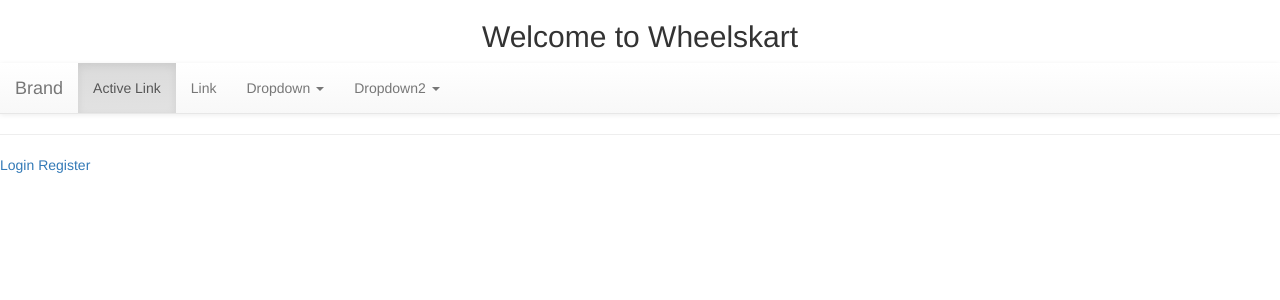
Repository: mrahulbisht/Wheelskart-Project
Page: http://localhost/WheelskartFrontEnd/Home.jsp
These files come from the project's save history. The page is drawn as it stood at one moment and after the next save; the edit follows.
The browser window is 1280 px wide. The pictures show the whole page.
Some web libraries are served in a nearby version. The page is served by Tomcat 9. Other server files are loaded and not shown.

Above is the page before, as saved 2017-04-22 07:05:48.

### project/WheelskartFrontEnd/src/main/webapp/Home.jsp
<%@ page language="java" contentType="text/html; charset=ISO-8859-1"
    pageEncoding="ISO-8859-1"%>
<!DOCTYPE html PUBLIC "-//W3C//DTD HTML 4.01 Transitional//EN" "http://www.w3.org/TR/html4/loose.dtd">

<html>
<%@ taglib prefix="c" uri="http://java.sun.com/jsp/jstl/core"%>
 <%@ page isELIgnored="false" %>
<head>
<meta http-equiv="Content-Type" content="text/html; charset=ISO-8859-1">
<title>Insert title here</title>
</head>
<body>

<center>
		<h2>Welcome to Wheelskart</h2>
</center>


<%@include file="WEB-INF/views/CommonHeader.jsp" %>

	<hr color="blue">


	<a href="LoginPage"> Login</a>

	<a href="RegistrationPage"> Register</a>
	<br>
	<c:if test="${isUserClickedLogin=='true'}">

		<jsp:include page="WEB-INF/views/Login.jsp"></jsp:include>

	</c:if>


	<c:if test="${isUserClickedRegister=='true' }">
		<jsp:include page="WEB-INF/views/Registration.jsp"></jsp:include>
	</c:if>
</body>
</html>

### project/WheelskartFrontEnd/src/main/webapp/WEB-INF/views/CommonHeader.jsp
<%@ page language="java" contentType="text/html; charset=ISO-8859-1"
    pageEncoding="ISO-8859-1"%>
<!DOCTYPE html PUBLIC "-//W3C//DTD HTML 4.01 Transitional//EN" "http://www.w3.org/TR/html4/loose.dtd">
<html>
<head>
<meta http-equiv="Content-Type" content="text/html; charset=ISO-8859-1">
<title>Insert title here</title>
<link rel="stylesheet" href="https://maxcdn.bootstrapcdn.com/bootstrap/3.3.7/css/bootstrap.min.css" integrity="sha384-BVYiiSIFeK1dGmJRAkycuHAHRg32OmUcww7on3RYdg4Va+PmSTsz/K68vbdEjh4u" crossorigin="anonymous">
  <meta name="viewport" content="width=device-width, initial-scale=1">
<!-- Optional theme -->
<link rel="stylesheet" href="https://maxcdn.bootstrapcdn.com/bootstrap/3.3.7/css/bootstrap-theme.min.css" integrity="sha384-rHyoN1iRsVXV4nD0JutlnGaslCJuC7uwjduW9SVrLvRYooPp2bWYgmgJQIXwl/Sp" crossorigin="anonymous">
<link href="//maxcdn.bootstrapcdn.com/font-awesome/4.2.0/css/font-awesome.min.css" rel="stylesheet">
 <link href='http://fonts.googleapis.com/css?family=Open+Sans' rel='stylesheet'  type='text/css'>
<style>

.dropdown-menu > li.kopie > a {
    padding-left:5px;
}

.dropdown-submenu {
    position:relative;
}
.dropdown-submenu>.dropdown-menu {
   top:0;left:100%;
   margin-top:-6px;margin-left:-1px;
   -webkit-border-radius:0 6px 6px 6px;-moz-border-radius:0 6px 6px 6px;border-radius:0 6px 6px 6px;
 }

.dropdown-submenu > a:after {
  border-color: transparent transparent transparent #333;
  border-style: solid;
  border-width: 5px 0 5px 5px;
  content: " ";
  display: block;
  float: right;
  height: 0;
  margin-right: -10px;
  margin-top: 5px;
  width: 0;
}

.dropdown-submenu:hover>a:after {
    border-left-color:#555;
 }

.dropdown-menu > li > a:hover, .dropdown-menu > .active > a:hover {
  text-decoration: underline;
}

@media (max-width: 767px) {
  .navbar-nav  {
     display: inline;
  }
  .navbar-default .navbar-brand {
    display: inline;
  }
  .navbar-default .navbar-toggle .icon-bar {
    background-color: #fff;
  }
  .navbar-default .navbar-nav .dropdown-menu > li > a {
    color: red;
    background-color: #ccc;
    border-radius: 4px;
    margin-top: 2px;
  }
   .navbar-default .navbar-nav .open .dropdown-menu > li > a {
     color: #333;
   }
   .navbar-default .navbar-nav .open .dropdown-menu > li > a:hover,
   .navbar-default .navbar-nav .open .dropdown-menu > li > a:focus {
     background-color: #ccc;
   }

   .navbar-nav .open .dropdown-menu {
     border-bottom: 1px solid white;
     border-radius: 0;
   }
  .dropdown-menu {
      padding-left: 10px;
  }
  .dropdown-menu .dropdown-menu {
      padding-left: 20px;
   }
   .dropdown-menu .dropdown-menu .dropdown-menu {
      padding-left: 30px;
   }
   li.dropdown.open {
    border: 0px solid red;
   }

}

@media (min-width: 768px) {
  ul.nav li:hover > ul.dropdown-menu {
    display: block;
  }
  #navbar {
    text-align: center;
  }
}

</style>
</head>
<body>
 <div id="navbar">
  <nav class="navbar navbar-default navbar-static-top" role="navigation">
    <div class="navbar-header">
      <button type="button" class="navbar-toggle" data-toggle="collapse" data-target="#navbar-collapse-1">
      <span class="sr-only">Toggle navigation</span>
      <span class="icon-bar"></span>
      <span class="icon-bar"></span>
      <span class="icon-bar"></span>
      </button>
      <a class="navbar-brand" href="#">Brand</a>
    </div>
    <div class="collapse navbar-collapse" id="navbar-collapse-1">
      <ul class="nav navbar-nav">
        <li class="active"><a href="#">Active Link</a></li>
        <li><a href="#">Link</a></li>
        <li class="dropdown">
          <a href="#" class="dropdown-toggle" data-toggle="dropdown">Dropdown <b class="caret"></b></a>
          <ul class="dropdown-menu">
            <li class="kopie"><a href="#">Dropdown</a></li>
            <li><a href="#">Dropdown Link 1</a></li>
            <li class="active"><a href="#">Dropdown Link 2</a></li>
            <li><a href="#">Dropdown Link 3</a></li>
            <li class="dropdown dropdown-submenu">
              <a href="#" class="dropdown-toggle" data-toggle="dropdown">Dropdown Link 4</a>
              <ul class="dropdown-menu">
                <li class="kopie"><a href="#">Dropdown Link 4</a></li>
                <li><a href="#">Dropdown Submenu Link 4.1</a></li>
                <li><a href="#">Dropdown Submenu Link 4.2</a></li>
                <li><a href="#">Dropdown Submenu Link 4.3</a></li>
                <li><a href="#">Dropdown Submenu Link 4.4</a></li>
              </ul>
            </li>
            <li class="dropdown dropdown-submenu">
              <a href="#" class="dropdown-toggle" data-toggle="dropdown">Dropdown Link 5</a>
              <ul class="dropdown-menu">
                <li class="kopie"><a href="#">Dropdown Link 5</a></li>
                <li><a href="#">Dropdown Submenu Link 5.1</a></li>
                <li><a href="#">Dropdown Submenu Link 5.2</a></li>
                <li><a href="#">Dropdown Submenu Link 5.3</a></li>
                <li class="dropdown dropdown-submenu">
                  <a href="#" class="dropdown-toggle" data-toggle="dropdown">Dropdown Submenu Link 5.4</a>
                  <ul class="dropdown-menu">
                    <li class="kopie"><a href="#">Dropdown Submenu Link 5.4</a></li>
                    <li><a href="#">Dropdown Submenu Link 5.4.1</a></li>
                    <li><a href="#">Dropdown Submenu Link 5.4.2</a></li>
                  </ul>
                </li>
              </ul>
            </li>
          </ul>
        </li>
        <li class="dropdown">
          <a href="#" class="dropdown-toggle" data-toggle="dropdown">Dropdown2 <b class="caret"></b></a>
          <ul class="dropdown-menu">
            <li class="kopie"><a href="#">Dropdown2</a></li>
            <li><a href="#">Dropdown2 Link 1</a></li>
            <li><a href="#">Dropdown2 Link 2</a></li>
            <li><a href="#">Dropdown2 Link 3</a></li>
            <li class="dropdown dropdown-submenu">
              <a href="#" class="dropdown-toggle" data-toggle="dropdown">Dropdown2 Link 4</a>
              <ul class="dropdown-menu">
                <li class="kopie"><a href="#">Dropdown2 Link 4</a></li>
                <li><a href="#">Dropdown2 Submenu Link 4.1</a></li>
                <li><a href="#">Dropdown2 Submenu Link 4.2</a></li>
                <li><a href="#">Dropdown2 Submenu Link 4.3</a></li>
                <li><a href="#">Dropdown2 Submenu Link 4.4</a></li>
              </ul>
            </li>
            <li class="dropdown dropdown-submenu">
              <a href="#" class="dropdown-toggle" data-toggle="dropdown">Dropdown2 Link 5</a>
              <ul class="dropdown-menu">
                <li class="kopie"><a href="#">Dropdown Link 5</a></li>
                <li><a href="#">Dropdown2 Submenu Link 5.1</a></li>
                <li><a href="#">Dropdown2 Submenu Link 5.2</a></li>
                <li><a href="#">Dropdown2 Submenu Link 5.3</a></li>
                <li class="dropdown dropdown-submenu">
                  <a href="#" class="dropdown-toggle" data-toggle="dropdown">Dropdown Submenu Link 5.4</a>
                  <ul class="dropdown-menu">
                    <li class="kopie"><a href="#">Dropdown2 Submenu Link 5.4</a></li>
                    <li><a href="#">Dropdown2 Submenu Link 5.4.1</a></li>
                    <li><a href="#">Dropdown2 Submenu Link 5.4.2</a></li>
                  </ul>
                </li>
              </ul>
            </li>
          </ul>
        </li>
      </ul>
    </div>
    <!-- /.navbar-collapse -->
  </nav>
</div>

</body>
</html>

After the next save:
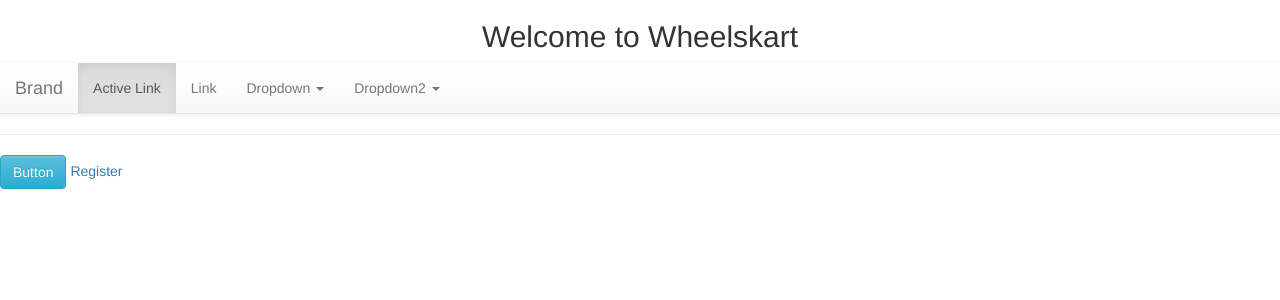
Saved 20 min 57 s later.
--- a/project/WheelskartFrontEnd/src/main/webapp/Home.jsp
+++ b/project/WheelskartFrontEnd/src/main/webapp/Home.jsp
@@ -21,7 +21,7 @@
 	<hr color="blue">
 
 
-	<a href="LoginPage"> Login</a>
+	<a href="LoginPage"><button type="button" class="btn btn-info">Button</button></a>
 
 	<a href="RegistrationPage"> Register</a>
 	<br>
